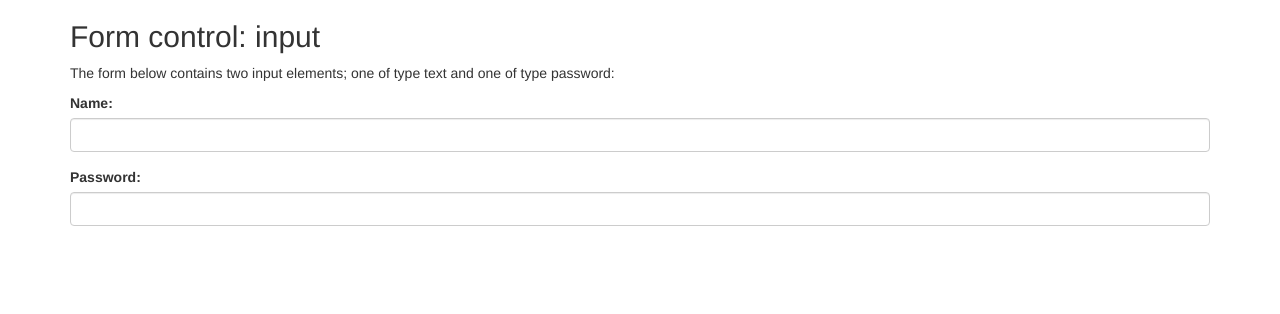
Repository: suvarsha/cognizant-projects
Page: BootStramp1/WebContent/login.html
These files come from the project's save history. The page is drawn as it stood at one moment and after the next save; the edit follows.
The browser window is 1280 px wide. The pictures show the whole page.

Above is the page before, as saved 2020-01-18 12:10:32.

### BootStramp1/WebContent/login.html
<!DOCTYPE html>
<html lang="en">
<head>
  <title>Bootstrap Example</title>
  <meta charset="utf-8">
  <meta name="viewport" content="width=device-width, initial-scale=1">
  <link rel="stylesheet" href="https://maxcdn.bootstrapcdn.com/bootstrap/3.4.1/css/bootstrap.min.css">
  <script src="https://ajax.googleapis.com/ajax/libs/jquery/3.4.1/jquery.min.js"></script>
  <script src="https://maxcdn.bootstrapcdn.com/bootstrap/3.4.1/js/bootstrap.min.js"></script>
</head>
<body>

<div class="container">
  <h2>Form control: input</h2>
  <p>The form below contains two input elements; one of type text and one of type password:</p>
  <form>
    <div class="form-group">
      <label for="usr">Name:</label>
      <input type="text" class="form-control" id="usr">
    </div>
    <div class="form-group">
      <label for="pwd">Password:</label>
      <input type="password" class="form-control" id="pwd">
    </div>
  </form>
</div>

</body>
</html>

After the next save:
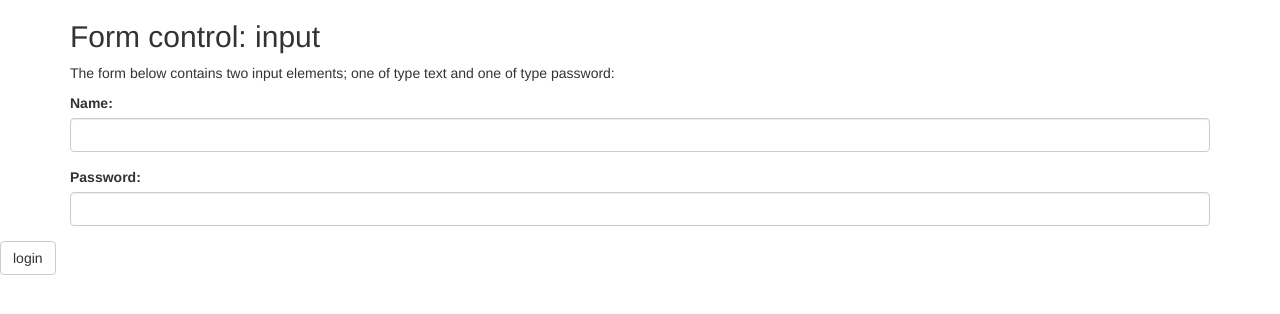
Saved 2 min 7 s later.
--- a/BootStramp1/WebContent/login.html
+++ b/BootStramp1/WebContent/login.html
@@ -24,6 +24,6 @@
     </div>
   </form>
 </div>
-
+<button type="button" class="btn btn-default">login</button>
 </body>
 </html>
